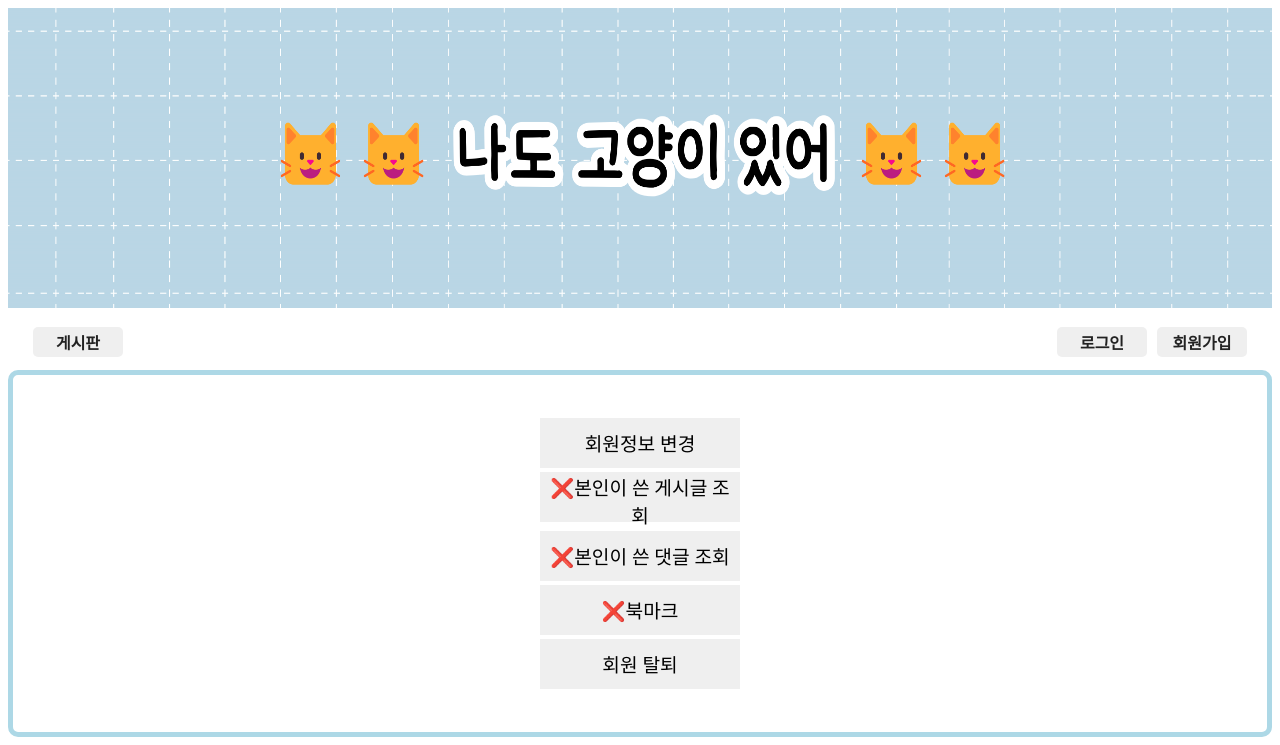
Repository: hh7711/Goit
Page: http://localhost/Goit/WEB-INF/views/myPage.jsp
The author's editor kept a copy of each file at every save. The page is drawn from the files as they stood at one save, then again after the next save.
The browser window is 1280 px wide. The pictures show the whole page.
Some web fonts or font styles are not loaded; a fallback is used. The page is served by Tomcat 9. Nobody is signed in. Other server files are loaded and not shown. The template is opened directly, without the code that normally fills it, so the values that code supplies are empty.

Above is the page before, as saved 2023-08-06 14:19:02.

### Goit/src/main/webapp/WEB-INF/views/myPage.jsp
<%@ page language="java" contentType="text/html; charset=UTF-8"
    pageEncoding="UTF-8"%>
<%@ taglib prefix="c" uri="http://java.sun.com/jsp/jstl/core" %>
<!DOCTYPE html>
<html>
<head>
<meta charset="UTF-8">
<title>나도 고양이 있어</title>
	<style type="text/css">
		@font-face {
		    font-family: 'Dovemayo_gothic';
		    src: url('https://cdn.jsdelivr.net/gh/projectnoonnu/noonfonts_2302@1.1/Dovemayo_gothic.woff2') format('woff2');
		    font-weight: normal;
		    font-style: normal;
		}
		body,button {
			font-family: 'Dovemayo_gothic';
		}
		#main1{
			border: 5px solid lightblue;
			border-radius: 10px;
			padding: 20px;
		}
		.headBtnDiv{
			margin-bottom: 30px; margin-top: 10px;
			margin-left: 20px; margin-right: 20px;
		}
		.headBtn{
        	border: 0.5px;
        	width: 90px;
        	height: 30px;
        	color: rgb(34, 34, 34);
        	border-radius: 5px;
        	font-size: medium;
        	font-weight: bold;
        	margin-top: 5px; margin-left: 5px; margin-right: 5px; margin-bottom: 30px;
        }
        .headBtn:hover{
        	background-color: rgb(211, 253, 255);
        	box-shadow: 1px 1px 5px #ccc;
        }
        .headId{
        	font-size: medium;
        	font-weight: bold;
        	margin-top: 8px; margin-left: 5px; margin-right: 5px; margin-bottom: 10px;
        }
        .BtnDiv{
        	margin-left: auto; margin-right: auto;
        }
        table{
            margin-left: auto; margin-right: auto;
            padding: 20px;
            border-radius: 5px;
        }
        .tableBtn{
        	border: none;
        	width: 200px;
        	height: 50px;
        	font-size: 1.2em;
        }
	</style>
</head>
<body>
	<div>
		<a href="mainPage">
			<img style="height: 300px;" alt="오류" src="resources/main/main15.png" width="100%">
		</a>
	</div>
	<div class="headBtnDiv">
		<button type="button" class="headBtn" style="float: left;" onclick="location.href='boardList'">게시판</button>
		<c:if test="${dto == null}">
			<button type="button" class="headBtn" style="float: right;" onclick="location.href='signUpPage'">회원가입</button>&nbsp;
			<button type="button" class="headBtn" style="float: right;" onclick="location.href='signInPage'">로그인</button>
		</c:if>
		<c:if test="${dto != null}">
			<button type="button" class="headBtn" style="float: right;" onclick="location.href='signOut'">로그아웃</button>&nbsp;
			<button type="button" class="headBtn" style="float: right;" onclick="location.href='myPage'">마이페이지</button>
			<span class="headId" style="float: right;">${dto.id}님</span>
		</c:if>
	</div>
	<div id="main1">
		<div id="main2">
			<div class="BtnDiv"><!-- 본문 -->
				<table>
					<tr>
						<td>
							<div>
								<button type="button" id="memberInfo" class="tableBtn">회원정보 변경</button>
							</div>
						</td>
					</tr>
					<tr>
						<td>
							<div>
								<button type="button" class="tableBtn" onclick="location.href='#'">❌본인이 쓴 게시글 조회</button>
							</div>
						</td>
					</tr>
					<tr>
						<td>
							<div>
								<button type="button" class="tableBtn" onclick="location.href='#'">❌본인이 쓴 댓글 조회</button>
							</div>
						</td>
					</tr>
					<tr>
						<td>
							<div>
								<button type="button" class="tableBtn" onclick="location.href='#'">❌북마크</button>
							</div>
						</td>
					</tr>
					<tr>
						<td>
							<div>
								<button type="button" class="tableBtn" id="memberDelete">회원 탈퇴</button>
							</div>
						</td>
					</tr>
				</table>
			</div><!-- 본문 -->
		</div><!-- main1 -->
	</div><!-- main2 -->
	<form id="formId" name="formId" method="post">
		<input type="hidden" value="${dto.id}" name="id">
	</form>
	<script src="https://ajax.googleapis.com/ajax/libs/jquery/3.3.1/jquery.min.js"></script>
    <script type="text/javascript">
    	$("#memberInfo").on("click", function() {
    		console.log("눌러는지니?");
    		$("#formId").attr("action", "memberInfoPage");
    		console.log($("#formId input[name='id']").val());
    		$("#formId").submit();
    	});
    	$("#memberDelete").on("click", function() {
    		console.log("눌러는지니?");
    		$("#formId").attr("action", "memberDeletePage");
    		console.log($("#formId input[name='id']").val());
    		$("#formId").submit();
    	});
    </script>
</body>
</html>

After the next save:
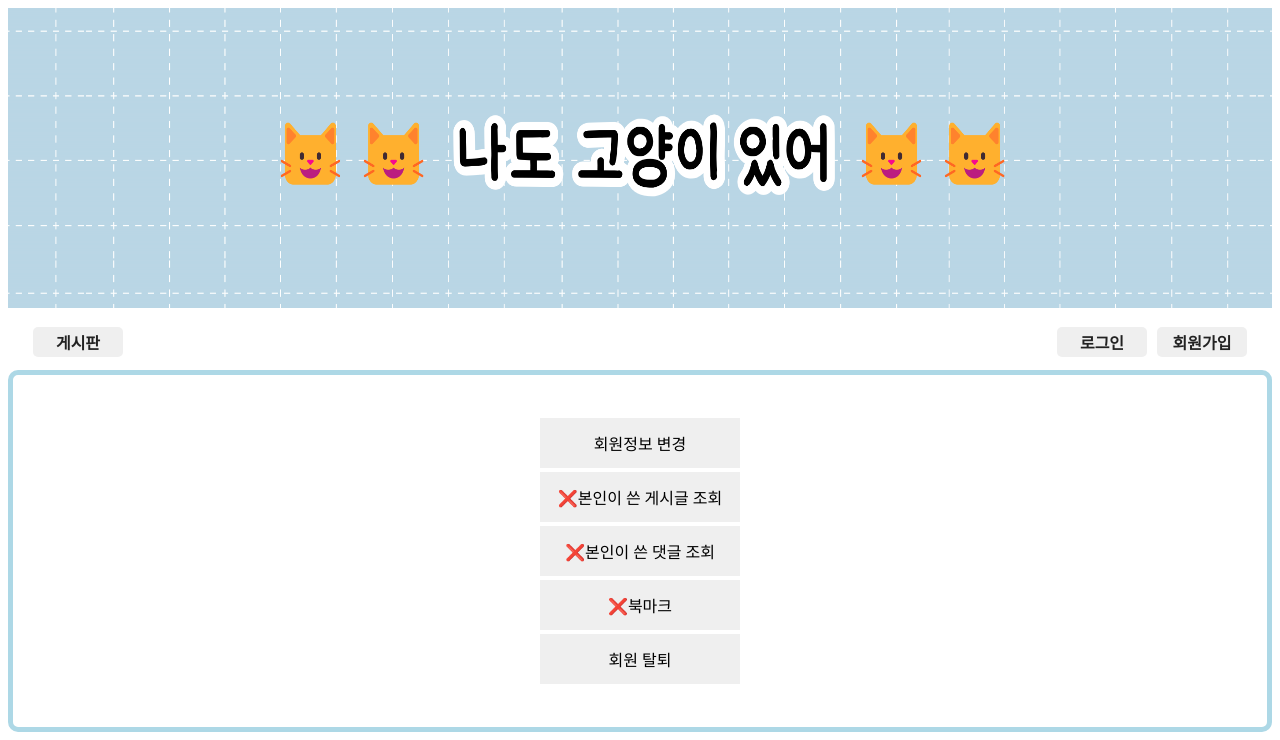
Saved 9 s later.
--- a/Goit/src/main/webapp/WEB-INF/views/myPage.jsp
+++ b/Goit/src/main/webapp/WEB-INF/views/myPage.jsp
@@ -56,7 +56,7 @@
         	border: none;
         	width: 200px;
         	height: 50px;
-        	font-size: 1.2em;
+        	font-size: 1em;
         }
 	</style>
 </head>
